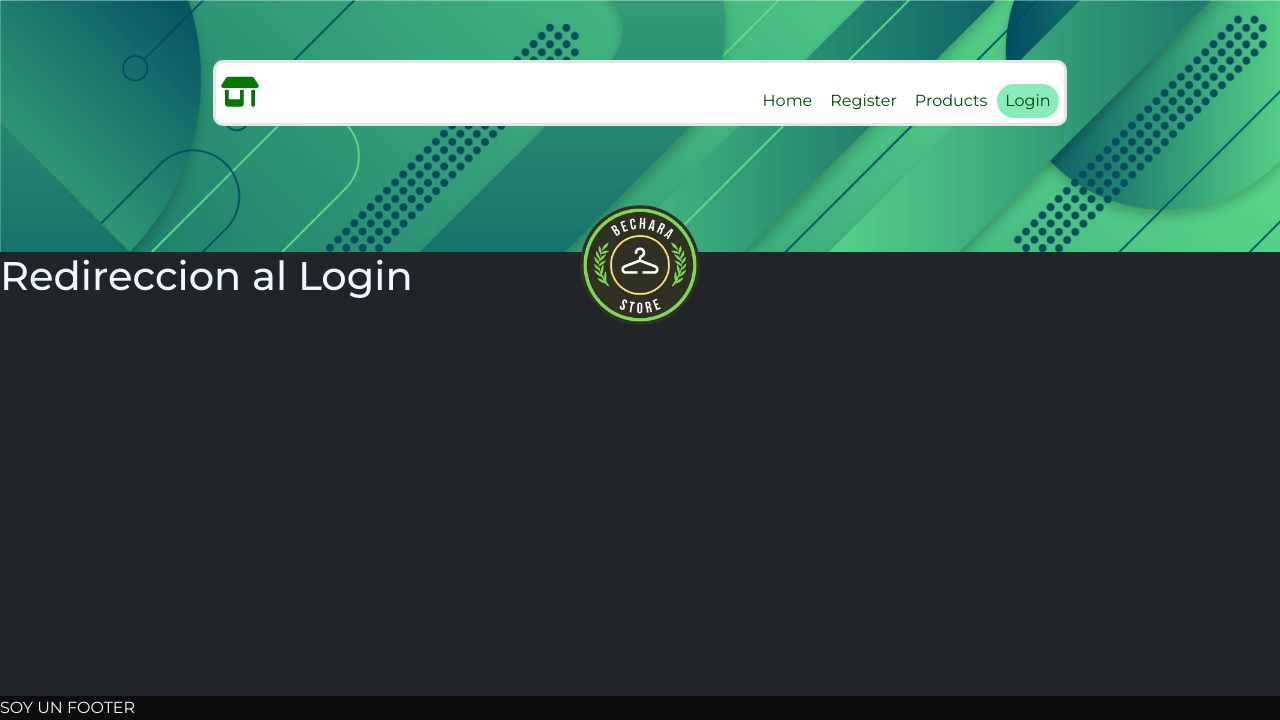
Repository: bechara611/becharastore
Page: /auth
An editor plug-in stored every save of this project. The page is shown before and after the next save, followed by the edit.
The browser window is 1280 px wide. The pictures show the whole page.
The project was rebuilt for these pictures with package versions that can differ from the ones it lists, and the page was loaded fresh each time.

Above is the page before, as saved 2023-01-27 14:07:04.

### public/index.html
<!DOCTYPE html>
<html lang="en">
  <head>
    <meta charset="utf-8" />
    <link rel="icon" href="%PUBLIC_URL%/favicon.ico" />
    <meta name="viewport" content="width=device-width, initial-scale=1" />
    <meta name="theme-color" content="#000000" />
    <meta
      name="description"
      content="Web site created using create-react-app"
    />
    <link rel="apple-touch-icon" href="%PUBLIC_URL%/logo192.png" />
    <link rel="preconnect" href="https://fonts.googleapis.com">
    <link rel="stylesheet" href="https://cdnjs.cloudflare.com/ajax/libs/font-awesome/6.2.1/css/all.min.css" integrity="sha512-MV7K8+y+gLIBoVD59lQIYicR65iaqukzvf/nwasF0nqhPay5w/9lJmVM2hMDcnK1OnMGCdVK+iQrJ7lzPJQd1w==" crossorigin="anonymous" referrerpolicy="no-referrer" />
<link rel="preconnect" href="https://fonts.gstatic.com" crossorigin>
<link rel="preconnect" href="https://fonts.googleapis.com">
<link rel="preconnect" href="https://fonts.gstatic.com" crossorigin>
<link href="https://fonts.googleapis.com/css2?family=Montserrat:ital,wght@0,100;0,200;0,300;0,400;0,500;0,600;0,700;0,800;0,900;1,100;1,200;1,300;1,500;1,700;1,800;1,900&family=Shadows+Into+Light&display=swap" rel="stylesheet">
    <!--
      manifest.json provides metadata used when your web app is installed on a
      user's mobile device or desktop. See https://developers.google.com/web/fundamentals/web-app-manifest/
    -->
    <link rel="manifest" href="%PUBLIC_URL%/manifest.json" />
    <!--
      Notice the use of %PUBLIC_URL% in the tags above.
      It will be replaced with the URL of the `public` folder during the build.
      Only files inside the `public` folder can be referenced from the HTML.

      Unlike "/favicon.ico" or "favicon.ico", "%PUBLIC_URL%/favicon.ico" will
      work correctly both with client-side routing and a non-root public URL.
      Learn how to configure a non-root public URL by running `npm run build`.
    -->

<link href="https://cdn.jsdelivr.net/npm/bootstrap@5.2.3/dist/css/bootstrap.min.css" rel="stylesheet" >


  </head>
  <body>
    <noscript>You need to enable JavaScript to run this app.</noscript>
    <div id="root"></div>
    <!--
      This HTML file is a template.
      If you open it directly in the browser, you will see an empty page.

      You can add webfonts, meta tags, or analytics to this file.
      The build step will place the bundled scripts into the <body> tag.

      To begin the development, run `npm start` or `yarn start`.
      To create a production bundle, use `npm run build` or `yarn build`.
    -->
    <script src="https://cdn.jsdelivr.net/npm/bootstrap@5.2.3/dist/js/bootstrap.bundle.min.js" integrity="sha384-kenU1KFdBIe4zVF0s0G1M5b4hcpxyD9F7jL+jjXkk+Q2h455rYXK/7HAuoJl+0I4" crossorigin="anonymous"></script>
  </body>

</html>

### src/index.js
import React from 'react';
import ReactDOM from 'react-dom/client';
import './index.css';
import {App} from './App';
import { BrowserRouter } from 'react-router-dom';
import 'animate.css';

const root = ReactDOM.createRoot(document.getElementById('root'));
root.render(
    <BrowserRouter>
    <App />
    </BrowserRouter>
);

### src/index.css

:root {
    --verde1: rgb(2, 74, 2);
    --verde2:rgb(1, 120, 1);
    --verde3:rgb(23, 215, 119,.5);
  }


*{
    color: aliceblue;
    font-family: 'Montserrat', sans-serif;

}

.fondito{
    background: red;
}
.fondito2{
    background: purple;
}

### src/App.jsx
import React from 'react'
import { Caparazon } from './UI/Components/Caparazon'
import { ContenedorPrincipal } from './UI/Components/ContenedorPrincipal'
import { Header } from './UI/Components/Header'
import { Footer } from './UI/Components/Footer'
import { MainCuerpo } from './UI/Components/MainCuerpo'
export const App = () => {
  return (
    <>
      {/*Primero el caparazon de la pagina, que es un div que tiene un 100vh de altura, el cual en el obtiene a sus children:
    esto children son el Header ocupando el 30vh y el Contenedor Principal ocupando el 70vh restante.
  */}
      <Caparazon>
        <Header></Header>
        <ContenedorPrincipal> {/*El contenedor principal a su vez lleva sus hijos dos elementos, el footer que le pusimos absolute para ubicarlo de ultimo y el MainCuerpo que tienes las rutas */}
          <MainCuerpo></MainCuerpo>{/*Este MainCuerpo tiene las rutas de la aplicacion, es el main de la pagina y lo que va a cambiar dependiendo donde estemos */}


          <Footer></Footer>  {/*Este es el footer que utilizamos para el pie de pagina, tiene posicion absolute como dije anteriormnete */}
        </ContenedorPrincipal>


      </Caparazon>
    </>

  )
}

### src/UI/Components/Caparazon.jsx
import React from 'react'
import './Caparazon.css'
export const Caparazon = ({ children }) => {
    return (
        <>
{/*Caparazon princiapal donde el mismo tiene un flex en colum, adentro tiene sus hijos que son un div que
ocupe el 70vh donde eesta todo lo demas y el 30vh primero es del header */}
            <div className='caparazonPrincipal bg-dark'>

                {children}

            </div>
        </>
    )
}

### src/UI/Components/ContenedorPrincipal.jsx
import React from 'react'
import './ContenedorPrincipal.css'
export const ContenedorPrincipal = ({ children }) => {
  return (
    <div className='ContenedorPrincipal'>
    {/*Aca de hijos tendran las rutas para verse en el medio y el footer, este tiene un position relative para que su hijo footer pueda
  ubicarse en la parte de abajo */}
      {children}
    </div>
  )
}

### src/UI/Components/Header.jsx
import React from 'react'
import './Header.css'
import { MenuNavbar } from './MenuNavbar'
import brand from './../../img/brand2.png'


export const Header = () => {
  return (
    <>
      {/*El header ocupa el 30vh de la pagina, el primer div lo tiene, aca se incorpora el nav y el logo. */}
      <div className="header">
        <div className="col-12">


          <MenuNavbar></MenuNavbar>
          <div className="row">
            <div className="col-12 filaLogoHeader">
              <img src={brand} className='brand animate__animated animate__flip ' alt="brand" />

            </div>
          </div>

        </div>

      </div>



    </>
  )
}

### src/UI/Components/Footer.jsx
import React from 'react'
import './Footer.css'
export const Footer = () => {
  return (
    <>
    {/*Aca este footer le estamos colocando una posicion absolute y a su padre relativa para poder ubicarlo al final de su div padre */}
    <div className="footer col-12">SOY UN FOOTER</div>
    </>

  )
}

### src/UI/Components/MainCuerpo.jsx
import React from 'react'
import { RouterApp } from '../../router/Routes'
import './MainCuerpo.css'

export const MainCuerpo = () => {

  return (
    <>
    {/*Aca se guardan las rutas como tal de la aplicacion y es llamado adentro de contenedorPrincipal */}
    <RouterApp></RouterApp>
    </>
    )
}

### src/UI/Components/Caparazon.css
/*Estilos del caparazon como tal principal*/
    /*Aca colocamos que el caparazonPrincipal ocupa toda la pantalla, y una direccion en column para que el header sea de 30vh y el resto el otro div  */
.caparazonPrincipal{
    display: flex;
    flex-direction: column;
    justify-content: space-between;
    min-height: 100vh;
}

### src/UI/Components/ContenedorPrincipal.css
/*Aca al contenedor ponemos positionRelative para que el footer pueda tener una posicion absoluta y se pueda posicionar al final*/
.ContenedorPrincipal{
    min-height: 65vh;

    position: relative;
}

### src/UI/Components/Header.css
.header {
    display: flex;
    background: rgb(157, 240, 194) url("./../../img/Header2.jpg");
    background-color: rgb(18, 18, 18);
    background-repeat: no-repeat;
    background-attachment: fixed;
    background-size: cover;
    background-position: top center;
    min-height: 30%;
    height: 35vh;
    max-height: 35vh;
    width: 100%;
    min-width: 100%;
    position: relative;
}

/*Aca estoy posicion en el medio el logo como tal del header y luego abajo le pongo una posicion absolute para moverlo*/
.filaLogoHeader {
    display: flex;
    flex-direction: row;
    justify-content: center;

}

.brand {
    width: 150px;
    height: 150px;
    max-height: 150px;
    max-width: 150px;
    min-height: 150px;
    position: absolute;
    bottom: -35%;


}

/*?RESPONSIVE*/


@media(max-width:375px){

    .brand {
        width: 150px;
        height:150px;
        max-height: 150px;
        max-width: 150px;
        min-height: 150px;
        position: absolute;
        bottom: 0%;

    }
}

### src/UI/Components/MenuNavbar.jsx
import React from 'react'
import { NavLink } from 'react-router-dom';
import './MenuNavbar.css'

export const MenuNavbar = () => {
    return (
        <>
            {/**Aca va el navBar de la aplicacion que tendra el menu */}
            <div className="col-12 contenedor-nav">
                <nav className="navbar navbar-expand-md  menunav col-8 ">


                  <NavLink to={'/'}> <i className="fa-solid fa-shop marca"></i></NavLink>


                    <button
                        className="navbar-toggler"
                        type="button"
                        data-bs-toggle="collapse"
                        data-bs-target="#navbarNavAltMarkup"
                        aria-controls="navbarNavAltMarkup"
                        aria-expanded="false"
                        aria-label="Show / Hide Menu"
                    >
                        <span className="navbar-toggler-icon"></span>
                    </button>
                    <div className="collapse navbar-collapse mt-3" id="navbarNavAltMarkup">
                        <div className="navbar-nav col-12  contenedor-interno-nav">
                            <NavLink className={ ({isActive}) => `nav-item nav-link  ${ isActive ? 'activeLink':'' }` } to={'/'}>
                            Home</NavLink>
                            <NavLink className={ ({isActive}) => `nav-item nav-link  ${ isActive ? 'activeLink':'' }` } to={'/Register'}>Register</NavLink>
                            <NavLink className={ ({isActive}) => `nav-item nav-link  ${ isActive ? 'activeLink':'' }` } to={'/Products'}>Products</NavLink>
                            <NavLink className={ ({isActive}) => `nav-item nav-link   ${ isActive ? 'activeLink':'' }` } to={'/auth'}>Login</NavLink>
                            </div>
                    </div>
                </nav>
            </div>
        </>
    )
}

### src/UI/Components/Footer.css
.footer{
    background: rgb(13, 13, 14);
    position: absolute;
    bottom: 0%;

}

### src/router/Routes.jsx
import React from 'react'
import { Navigate, Route, Routes } from 'react-router-dom'

/*Este componente es nuestro router, que segun la URL donde estemos mostrada:
1) Una pagina Home
2) Pagina de registro
3) Pagina de login
4) Pagina de Productos
*/

export const RouterApp = () => {
  return (
    <Routes>
    <Route path='/' element={<h1>Home</h1>}></Route>
    <Route path='/auth' element={<h1>Redireccion al Login</h1>}></Route>
    <Route path='/Register' element={<h1>Register</h1>}></Route>
    <Route path='/Products' element={<h1>Productos</h1>}></Route>
    <Route path='/*' element={<Navigate to={'/'}></Navigate>}></Route>
    </Routes>
  )
}

### src/UI/Components/MenuNavbar.css
.contenedor-nav {
    position: fixed;
    display: flex;
    flex-direction: row;
    justify-content: center;
    align-self: center;
    align-items: center;
    position: absolute;
    bottom: 50%;
    z-index: 2;

}
.marca{
 font-size: 30px;
 color: black;
 color: var(--verde2);
 padding-right: 10px;

}

.menunav {
    background: rgba(255, 255, 255, 1);
    border-radius: 10px;
    padding: 5px;
    border: 3px solid rgba(205, 204, 200, 0.5);
    flex-wrap: wrap;
    display: flex;

}

/*Esta parte es el contenedor que tiene el navbar de los navLink es decir, menu como tal.
Estoy diciendo que normalmente estaran a la derecha.
*/
.contenedor-interno-nav {
    display: flex;
    flex-direction: row;
    justify-content: flex-end;
    flex-wrap: wrap;

}
/*Diseno a los links como tal*/
.nav-link{
    margin-left: 2px;
    color: var(--verde1);
    font-weight: 400;
    background: rgb(44, 232, 138,0);
    border-radius: 30px;
    padding: 5px;

}
.nav-link:hover{
   color: var(--verde2)

}
.activeLink{  background: var(--verde3);
    border-radius: 30px;}

/**-----------------------------------------------------------------------------*/

/*?RESPONSIVE*/

/*Para este apartado cuando llegue a cierto tamaño como tal el nav se pondra mas abajo para que al darle al boton se abra y se pueda apreciar y no quede muy arriba*/
@media(max-width:500px) {
    .contenedor-nav {
       position: sticky;

    }
    /*Aca haces que el navBar tenga todo el tamaño al llegar a dispositivos pequeños*/
    .menunav {
        width: 100%;

    }
}

/*SERIE DE RESPONSIVES A LOS PADDING DE LAS OPCIONES DEL MENU*/

@media(max-width:375px){
    .nav-link{
        margin-left: 5px;
    }
}

@media(max-width:262px){
    .nav-link{
        margin-left: 10px;
    }
    .menunav{
        justify-content: center;
        text-align: center;
        align-items: center;
        align-self: center;
    }
}

/*Necesidad de que el nav el menu se pongan o separados o uno debajo del otro cuando se active el boton del collapse*/
@media(max-width:992px) {
    .contenedor-interno-nav {
        justify-content: space-around;
    }
}

Loaded but not shown: src/UI/Components/MainCuerpo.css (no stored copy; drawn as an empty file)

After the next save:
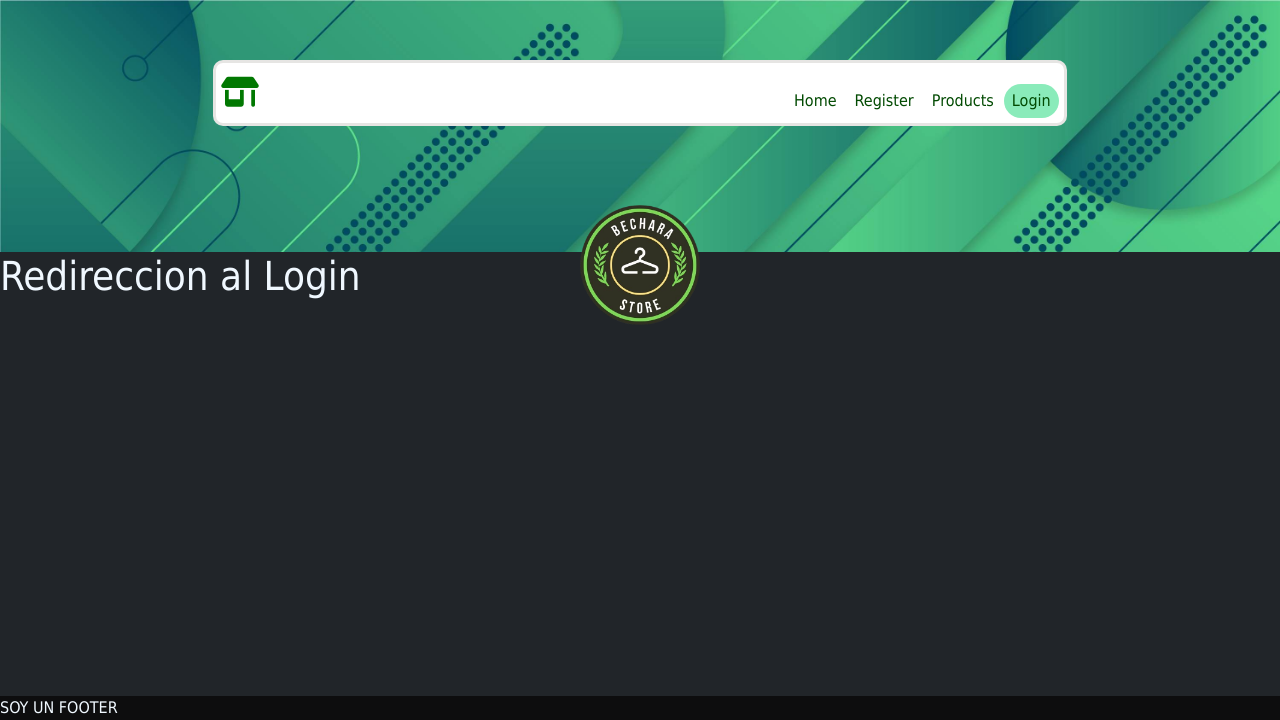
Saved 3 min 46 s later.
--- a/src/index.css
+++ b/src/index.css
@@ -9,6 +9,7 @@
 *{
     color: aliceblue;
     font-family: 'Montserrat', sans-serif;
+    font-family: 'Droid Sans', Tahoma, Geneva, Verdana, sans-serif;
 
 }
 
